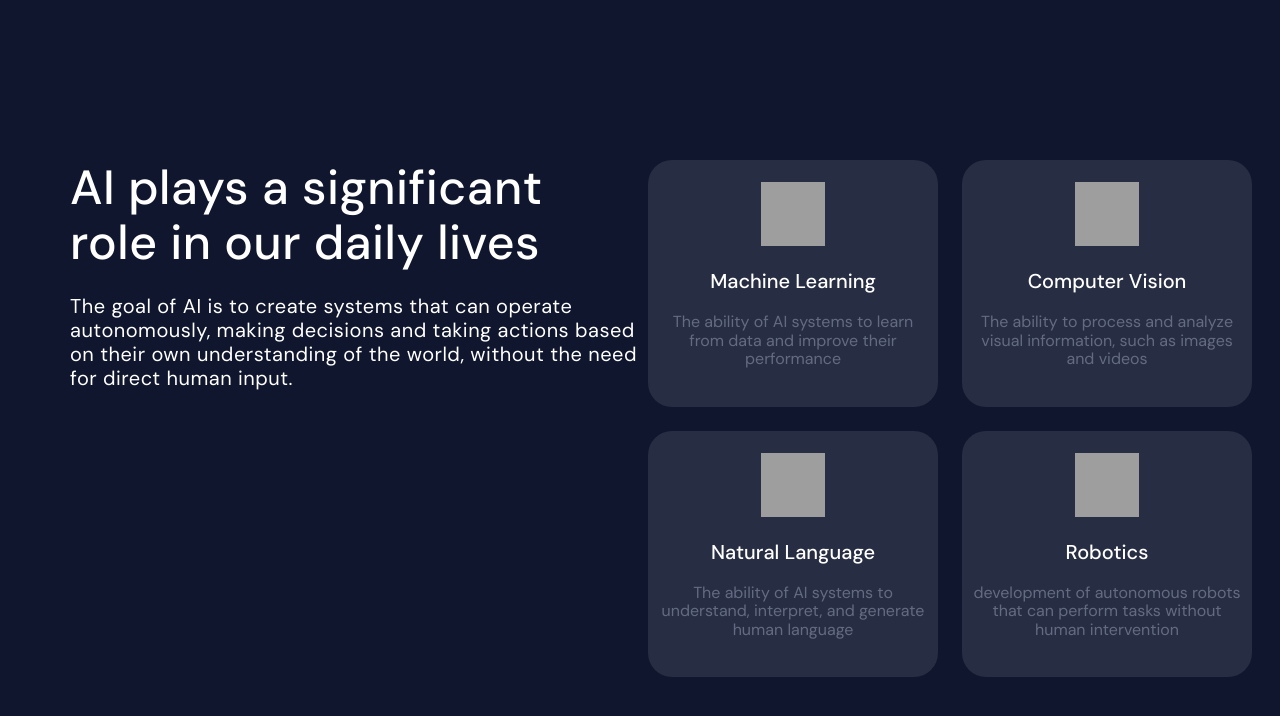
Repository: guli95/four-areas-of-AI-INVO-ACAdemy
Page: /
These files come from the project's save history. The page is drawn as it stood at one moment and after the next save; the edit follows.
The browser window is 1280 px wide. The pictures show the whole page.
Pictures or frames that could not be fetched are drawn as grey boxes. The project was rebuilt for these pictures with package versions that can differ from the ones it lists, and the page was loaded fresh each time.

Above is the page before, as saved 2023-03-13 15:16:27.

After the next save:
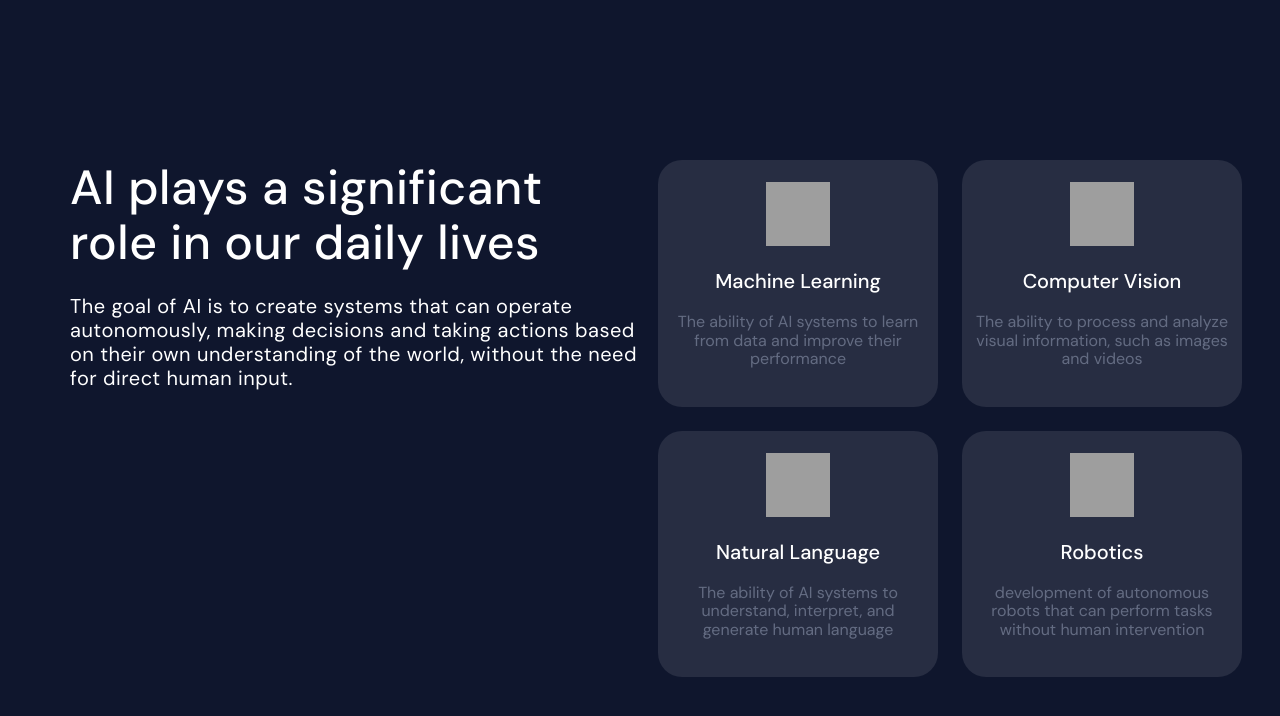
Saved 11 s later.
--- a/src/pages/home-page/styles/home-page.scss
+++ b/src/pages/home-page/styles/home-page.scss
@@ -71,7 +71,7 @@
             flex-direction: column;
             justify-content: space-around;
             align-items: center;
-            width: 270px;
+            width: 260px;
             padding: 22px 10px;
             background-color:var(--color-secondary-grey);
             text-align: center;
